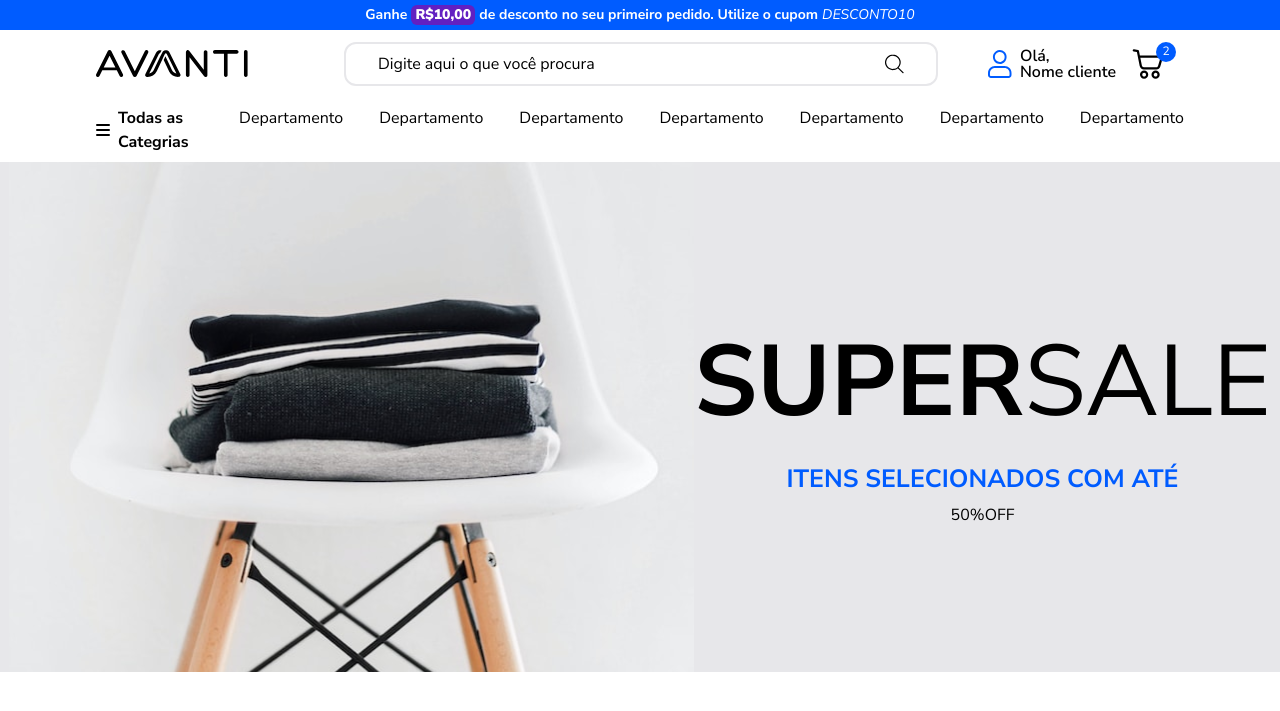
Repository: chidekina/avanti-01
Page: index.html
These files come from the project's save history. The page is drawn as it stood at one moment and after a run of saves; the edit follows.
The browser window is 1280 px wide. The pictures show the whole page.

Above is the page before, as saved 2025-04-04 14:34:58.

After the next 3 saves:
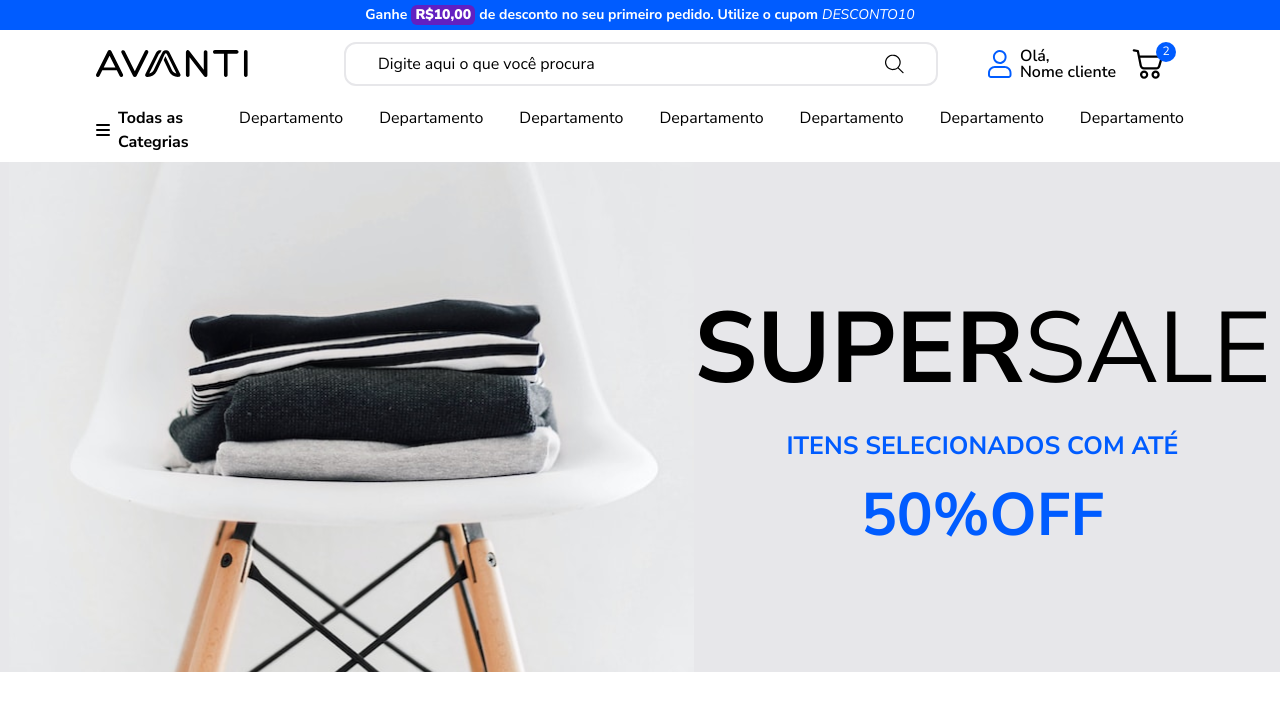
The 3 saves are shown as one change because they came seconds apart.
The last was saved 12 s later.
--- a/index.html
+++ b/index.html
@@ -69,7 +69,7 @@
           <h4 class="text-[25px] text-(--primary-color) font-bold">
             ITENS SELECIONADOS COM ATÉ
           </h4>
-          <h4 class="text">
+          <h4 class="text-[60px] text-(--primary-color) font-bold">
             50%OFF
           </h4>
         </div>
